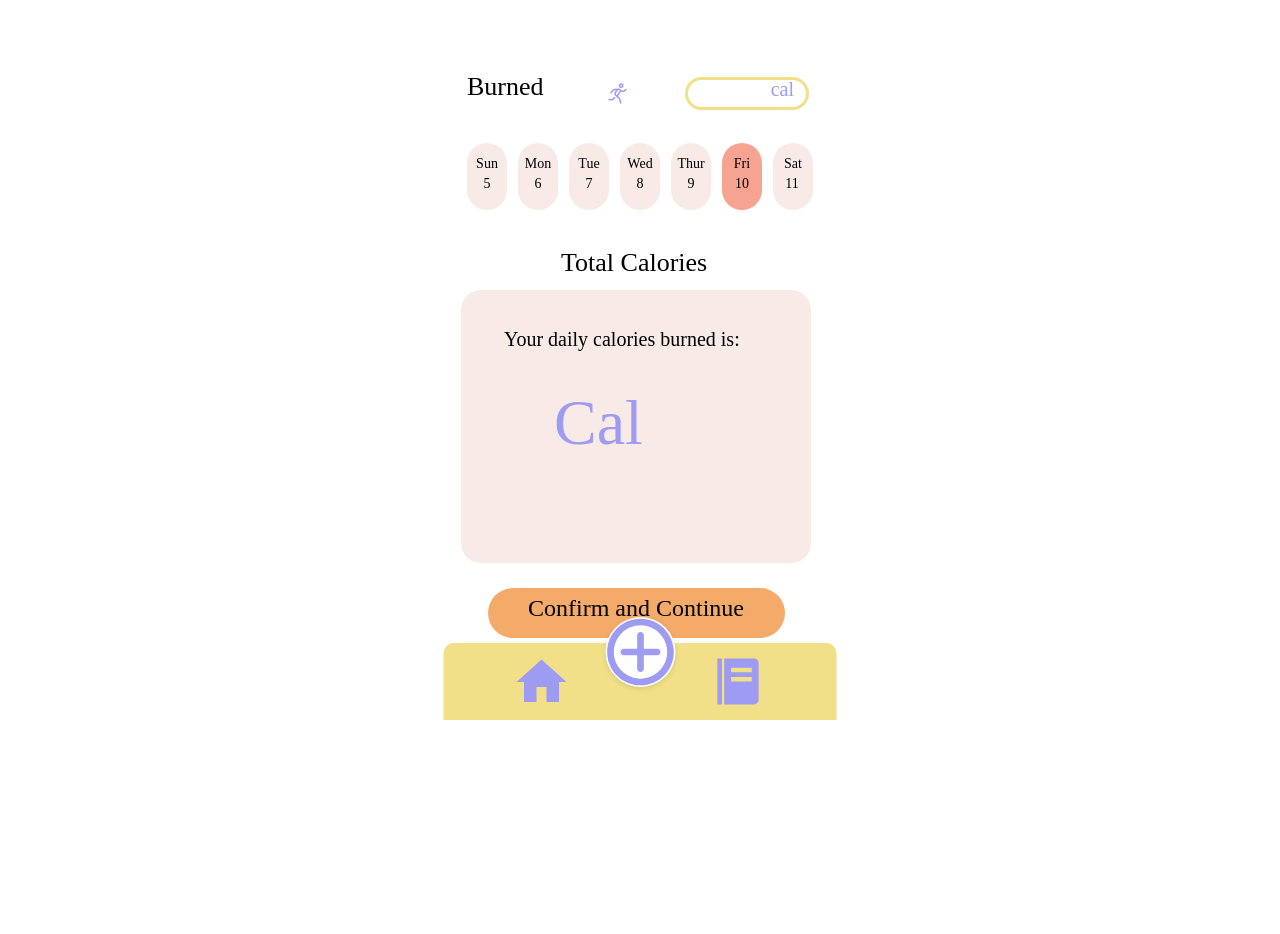
Repository: MeowCeline00/G5-Calorie-Tracker
Page: BurnedCal/index.html
The author's editor kept a copy of each file at every save. The page is drawn from the files as they stood at one save, then again after a run of saves.
The browser window is 1280 px wide. The pictures show the whole page.

Above is the page before, as saved 2024-05-26 14:18:56.
Console error: ReferenceError: renderLandingPage is not defined

### BurnedCal/index.html
<!DOCTYPE html>
<html>
<head>
  	<meta charset="utf-8">
  	<meta name="viewport" content="initial-scale=1, width=device-width">

  	<link rel="stylesheet" href="./global.css" />
  	<link rel="stylesheet"  href="./index.css" />
	<link rel="stylesheet" href="/styles/Home.css">

</head>
<body>
	<div class="pageContainer">
		<div class="pageInnerContainer">
			<!-- <div class="add-page-container"> -->
  	<div class="add-page">
    		<div class="add-page-child">
    		</div>
    		<div class="add-page-item">
    		</div>
    		<div class="add-page-inner">
    		</div>
    		<div class="rectangle-div">
    		</div>
    		<div class="add-page-child1">
    		</div>
    		<div class="add-page-child2">
    		</div>
    		<div class="add-page-child3">
    		</div>
    		<div class="add-page-child4">
    		</div>

    		<div class="total-calories">Total Calories</div>
    		<div class="breakfast">Burned</div>
    		<div class="div">5</div>
    		<div class="sun">Sun</div>
    		<div class="mon">Mon</div>
    		<div class="tue">Tue</div>
    		<div class="wed">Wed</div>
    		<div class="thur">Thur</div>
    		<div class="fri">Fri</div>
    		<div class="sat">Sat</div>
    		<div class="div1">6</div>
    		<div class="div2">7</div>
    		<div class="div3">8</div>
    		<div class="div4">9</div>
    		<div class="div5">10</div>
    		<div class="div6">11</div>
    		<div class="add-page-child5">
    		</div>
    		<div class="add-page-child6">
    		</div>
    		<div class="confirm-and-continue">Confirm and Continue</div>
			<div><a class="go-back" href="/burnedAddPage/index.html">Go Back</a></div>    		<div class="add-page-child7">
    		</div>
    		<div class="cal">cal</div>
    		<img class="fluent-mdl2breakfast-icon" alt="run" src="/Images/hugeicons_workout-run.png">

    		<div class="add-page-child8">
    		</div>
    		<div class="your-daily-caloric">Your daily calories burned is:</div>
    		<div class="cal1">
      			<span></span>
      			<span class="cal2">Cal</span>
			</div>
			</div>
			<div class="navContainer">
				<nav class="navbar">
				  <div class="navItem" onclick="navigateTo('home')">
					<img src="/images/home_icon.svg" alt="Home" width="60" height="60" />
				  </div>
				  <div class="addButtonContainer">
					<div class="addnewButton" onclick="navigateTo('addNew')">
					  <img src="/images/add_icon.svg" alt="Add" width="80" height="80" />
					</div>
				  </div>
				  <div class="navItem" onclick="navigateTo('recipes')">
					<img src="/images/recipes_icon.svg" alt="Recipes" width="55" height="55" />
				  </div>
				</nav>
			  </div>
			  <script src="/scripts/app.js"></script>
			  <script src="/scripts/navbar.js"></script>


	  <div class="navBarContainer">
		<div class="navBar">
			<!-- <a href="/index.html"><img class="image1" src="/Images/Vector.png"></a>
		<a href="/index.html"><img class="image02"src="/Images/vector02.png"></a>
		<a href="/index.html"><img class="image03" src="/Images/Vector1.png"></a> -->
		</div>
	</div>
</div>
</div>




</body>
</html>

### BurnedCal/global.css

body {
    margin: 0;
    line-height: normal;
}


:root {

    /* fonts */
    --body-20-medium: Catamaran;
    --heading-26-regular: Saira;

    /* font sizes */
    --body-20-medium-size: 20px;
    --body-24-regular-size: 24px;
    --font-size-sm: 14px;
    --heading-26-regular-size: 26px;

    /* Colors */
    --color-cornflowerblue: #9e9bf2;
    --color-black: #000;
    --lighter-nav-bar: rgba(247, 232, 229, 0.9);
    --yellow: #f2e088;
    --color-sandybrown: rgba(242, 149, 68, 0.8);

    /* Border radiuses */
    --br-xl: 20px;
    --br-17xl: 36px;

}

### BurnedCal/index.css
.add-page-child {
    position: absolute;
    top: 582px;
    left: 0px;
    width: 393px;
    height: 55px;
}
.add-page-item {
    position: absolute;
    top: 143px;
    left: 26px;
    border-radius: var(--br-xl);
    background-color: var(--lighter-nav-bar);
    width: 40px;
    height: 67px;
}
.add-page-inner {
    position: absolute;
    top: 143px;
    left: 77px;
    border-radius: var(--br-xl);
    background-color: var(--lighter-nav-bar);
    width: 40px;
    height: 67px;
}
.rectangle-div {
    position: absolute;
    top: 143px;
    left: 128px;
    border-radius: var(--br-xl);
    background-color: var(--lighter-nav-bar);
    width: 40px;
    height: 67px;
}
.add-page-child1 {
    position: absolute;
    top: 143px;
    left: 179px;
    border-radius: var(--br-xl);
    background-color: var(--lighter-nav-bar);
    width: 40px;
    height: 67px;
}
.add-page-child2 {
    position: absolute;
    top: 143px;
    left: 230px;
    border-radius: var(--br-xl);
    background-color: var(--lighter-nav-bar);
    width: 40px;
    height: 67px;
}
.add-page-child3 {
    position: absolute;
    top: 143px;
    left: 281px;
    border-radius: var(--br-xl);
    background-color: rgba(242, 126, 99, 0.7);
    width: 40px;
    height: 67px;
}
.add-page-child4 {
    position: absolute;
    top: 143px;
    left: 332px;
    border-radius: var(--br-xl);
    background-color: var(--lighter-nav-bar);
    width: 40px;
    height: 67px;
}
.nav-bar-icon {
    position: absolute;
    top: 726px;
    left: 0px;
    width: 393px;
    height: 126px;
}
.total-calories {
    position: absolute;
    top: 248px;
    left: 120px;
    font-size: var(--heading-26-regular-size);
    font-weight: 500;
    font-family: var(--heading-26-regular);
    text-align: left;
    display: inline-block;
    width: 163px;
    height: 42px;
}
.breakfast {
    position: absolute;
    top: 72px;
    left: 26px;
    font-size: var(--heading-26-regular-size);
    font-weight: 500;
    font-family: var(--heading-26-regular);
    text-align: left;
    display: inline-block;
    width: 130px;
    height: 42px;
}
.div {
    position: absolute;
    top: 176px;
    left: 26px;
    display: inline-block;
    width: 40px;
    height: 42px;
}
.sun {
    position: absolute;
    top: 156px;
    left: 26px;
    display: inline-block;
    width: 40px;
    height: 20px;
}
.mon {
    position: absolute;
    top: 156px;
    left: 77px;
    display: inline-block;
    width: 40px;
    height: 20px;
}
.tue {
    position: absolute;
    top: 156px;
    left: 128px;
    display: inline-block;
    width: 40px;
    height: 20px;
}
.wed {
    position: absolute;
    top: 156px;
    left: 179px;
    display: inline-block;
    width: 40px;
    height: 20px;
}
.thur {
    position: absolute;
    top: 156px;
    left: 230px;
    display: inline-block;
    width: 40px;
    height: 20px;
}
.fri {
    position: absolute;
    top: 156px;
    left: 281px;
    display: inline-block;
    width: 40px;
    height: 20px;
}
.sat {
    position: absolute;
    top: 156px;
    left: 332px;
    display: inline-block;
    width: 40px;
    height: 20px;
}
.div1 {
    position: absolute;
    top: 176px;
    left: 77px;
    display: inline-block;
    width: 40px;
    height: 42px;
}
.div2 {
    position: absolute;
    top: 176px;
    left: 128px;
    display: inline-block;
    width: 40px;
    height: 42px;
}
.div3 {
    position: absolute;
    top: 176px;
    left: 179px;
    display: inline-block;
    width: 40px;
    height: 42px;
}
.div4 {
    position: absolute;
    top: 176px;
    left: 230px;
    display: inline-block;
    width: 40px;
    height: 42px;
}
.div5 {
    position: absolute;
    top: 176px;
    left: 281px;
    display: inline-block;
    width: 40px;
    height: 42px;
}
.div6 {
    position: absolute;
    top: 176px;
    left: 332px;
    display: inline-block;
    width: 38px;
    height: 42px;
}
.add-page-child5 {
    position: absolute;
    top: 588px;
    left: 47px;
    border-radius: var(--br-17xl);
    background-color: var(--color-sandybrown);
    width: 297px;
    height: 50px;
}
.add-page-child6 {
    position: absolute;
    top: 657px;
    left: 47px;
    border-radius: var(--br-17xl);
    background-color: var(--color-sandybrown);
    width: 297px;
    height: 50px;
}
.confirm-and-continue {
    position: absolute;
    top: 595px;
    left: 80px;
    font-size: var(--body-24-regular-size);
    display: inline-block;
    width: 230px;
    height: 42px;
}
.go-back {
    position: absolute;
    top: 664px;
    left: 80px;
    font-size: var(--body-24-regular-size);
    display: inline-block;
    width: 230px;
    height: 42px;
    cursor: pointer;
    text-decoration: none;
    color: black
}
.add-page-child7 {
    position: absolute;
    top: 77px;
    left: 244px;
    border-radius: var(--br-xl);
    background-color: #fff;
    border: 3px solid var(--yellow);
    box-sizing: border-box;
    width: 124px;
    height: 33px;
}
.cal {
    position: absolute;
    top: 78px;
    left: 313px;
    font-size: var(--body-20-medium-size);
    font-weight: 500;
    color: var(--color-cornflowerblue);
    text-align: right;
    display: inline-block;
    width: 40px;
    height: 23px;
}
.fluent-mdl2breakfast-icon {
    position: absolute;
    top: 81px;
    left: 164px;
    width: 25px;
    height: 25px;
}
.add-page-child8 {
    position: absolute;
    top: 290px;
    left: 20px;
    border-radius: var(--br-xl);
    background-color: var(--lighter-nav-bar);
    width: 350px;
    height: 273px;
}
.your-daily-caloric {
    position: absolute;
    top: 328px;
    left: 63px;
    font-size: var(--body-20-medium-size);
}
.cal2 {
    color: var(--color-cornflowerblue);
}
.cal1 {
    position: absolute;
    top: 386px;
    left: 113px;
    font-size: 64px;
    text-align: right;
}
.add-page {
    width: 100%;
    position: relative;
    background-color: rgba(255, 255, 255, 0.92);
    height: 852px;
    overflow: hidden;
    text-align: center;
    font-size: var(--font-size-sm);
    color: var(--color-black);
    font-family: var(--body-20-medium);
    left: 40px;
}


.navBar {
    width: 430px;
    height: 50px;
    display: flex;
    flex-direction: row;
    justify-content: space-between;
    align-items: center;
    padding-left: 1.5em;
    padding-right: 1.5em;
    padding-top: 1em;
    padding-bottom: 1em;
    border-top-left-radius: 50px;
    border-top-right-radius: 50px;
}

.image1 {
    width: 50px;
    height: 42.5;
}
.image02 {
    position: relative;
    width: 66.67px;
    height: 66.67px;
    background-color: #fff;
    padding:0.25em ;
    border-radius: 360px;
    top: -50px;
}

.image03 {
    width: 41.25px;
    height: 45.58;
}

.navBar a {
    padding: 0em;
    margin: 0em;
}

.pageContainer {
    display: flex;

    flex-direction: column;
    align-items: center;


}
.pageInnerContainer {
    display: flex;
    flex-direction: column;
    align-items: center;
    justify-content: center;

}

.add-page-container {
    display: flex;
    justify-content: center;
    flex-direction: column;
}

### styles/Home.css
#root {
    width: 393px;
    height: 852px;
    background-color: #fff;
    border-radius: 10px;
    overflow: hidden;
    position: relative;
}

.mainContent {
    width: 100%;
    height: 100%;
    display: flex;
    flex-direction: column;
    justify-content: flex-start;
    position: relative;
}

.topBar {
    padding: 15px 20px;
    background-color: #fff;
    display: flex;
    justify-content: space-between;
    align-items: center;
    z-index: 1;
}

.greeting {
    display: flex;
    flex-direction: column;
    text-align: left;
}

.greeting h2 {
    margin: 0;
    font-size: 1.5rem;
    color: #000;
}

.greeting p {
    margin: 0;
    font-size: 1rem;
    color: #666;
}

.profileIcon {
    display: flex;
    align-items: center;
    justify-content: center;
    cursor: pointer;
}

.dateChange {
    display: flex;
    justify-content: center;
    align-items: center;
    padding: 10px 0;
    background-color: #fff;
}

.meal_container {
    flex: 1;
    width: 100%;
    padding: 20px;
    box-sizing: border-box;
    overflow-y: auto;
    position: relative;
    z-index: 0;
}

.meals {
    width: 100%;
    padding: 10px 0;
    box-sizing: border-box;
}

.mealItem {
    display: flex;
    flex-direction: column;
    justify-content: space-between;
    align-items: flex-start;
    padding: 15px;
    margin: 10px 0;
    border-radius: 12px;
    background-color: var(--light_pink);
    width: 100%;
    height: auto;
    box-shadow: 0 2px 5px rgba(0, 0, 0, 0.1);
}

.mealHeading {
    font-weight: bold;
    margin-bottom: 10px;
    font-size: 1.2rem;
}

.mealDetails {
    display: flex;
    align-items: center;
    width: 100%;
    justify-content: space-between;
}

.mealDetails p {
    margin-left: 10px;
    color: #9E9BF2;
}

.calorieContainer {
    display: flex;
    align-items: center;
    justify-content: space-between;
    background-color: white;
    border: 4px solid #F2E088;
    border-radius: 30px;
    padding: 5px 10px;
}

.addButton {
    background: none;
    border: none;
    cursor: pointer;
    margin-left: 10px;
}

.navContainer {
    width: 100%;
    max-width: 393px;
    height: 77px;
    display: flex;
    position: fixed;
    bottom: 0;
    left: 50%;
    transform: translateX(-50%);
    background-color: #F2E088;
    border-radius: 10px 10px 0 0;
    justify-content: space-between;
    align-items: center;
    box-sizing: border-box;
    z-index: 1000;
}

.navbar {
    width: 100%;
    display: flex;
    justify-content: space-between;
    align-items: center;
    position: relative;
}

.navItem {
    display: flex;
    cursor: pointer;
    flex: 1;
    justify-content: center;
}

.addButtonContainer {
    display: flex;
    justify-content: center;
    align-items: center;
    width: 70px;
    height: 70px;
    background-color: #ffffff;
    border-radius: 50%;
    position: absolute;
    top: -35px;
    left: 50%;
    transform: translateX(-50%);
    cursor: pointer;
    box-shadow: 0 2px 5px rgba(0, 0, 0, 0.1);
}

.addnewButton {
    display: flex;
    justify-content: center;
    align-items: center;
    border-radius: 50%;
}

### scripts/app.js
document.addEventListener('DOMContentLoaded', () => {
    navigateTo('landing');
});

function navigateTo(page) {
    switch (page) {
        case 'landing':
            renderLandingPage();
            break;
        case 'home':
            renderHomePage();
            break;
        case 'profile':
            renderProfilePage();
            break;
        case 'lunchCalorie':
            window.location.href = '/lunchAddPage/index.html';
            break;
        case 'addNew':
            window.location.href = '/addPage/Add.html';
            break;
        case 'dinnerCalorie':
            window.location.href = '/dinnerAddPage/index.html';
            break;
        case 'snacksCalorie':
            window.location.href = '/snacksAddPage/index.html';
            break;
        case 'breakfastCalorie':
            window.location.href = '/breakfastAddPage/index.html';
            break;
        case 'burnedCalorie':
            window.location.href = '/burnedAddPage/index.html';
            break;
        default:
            console.error('Invalid page:', page);
            break;
    }
}

### scripts/navbar.js
function renderNavbar() {
    return `
      <div class="navContainer">
        <nav class="navbar">
          <div class="navItem" onclick="navigateTo('home')">
            <img src="/images/home_icon.svg" alt="Home" width="60" height="60" />
          </div>
          <div class="addButtonContainer">
            <div class="addnewButton" onclick="navigateTo('addNew')">
              <img src="/images/add_icon.svg" alt="Add" width="80" height="80" />
            </div>
          </div>
          <div class="navItem" onclick="navigateTo('recipes')">
            <img src="/images/recipes_icon.svg" alt="Recipes" width="55" height="55" />
          </div>
        </nav>
      </div>
    `;
}

After the next 6 saves:
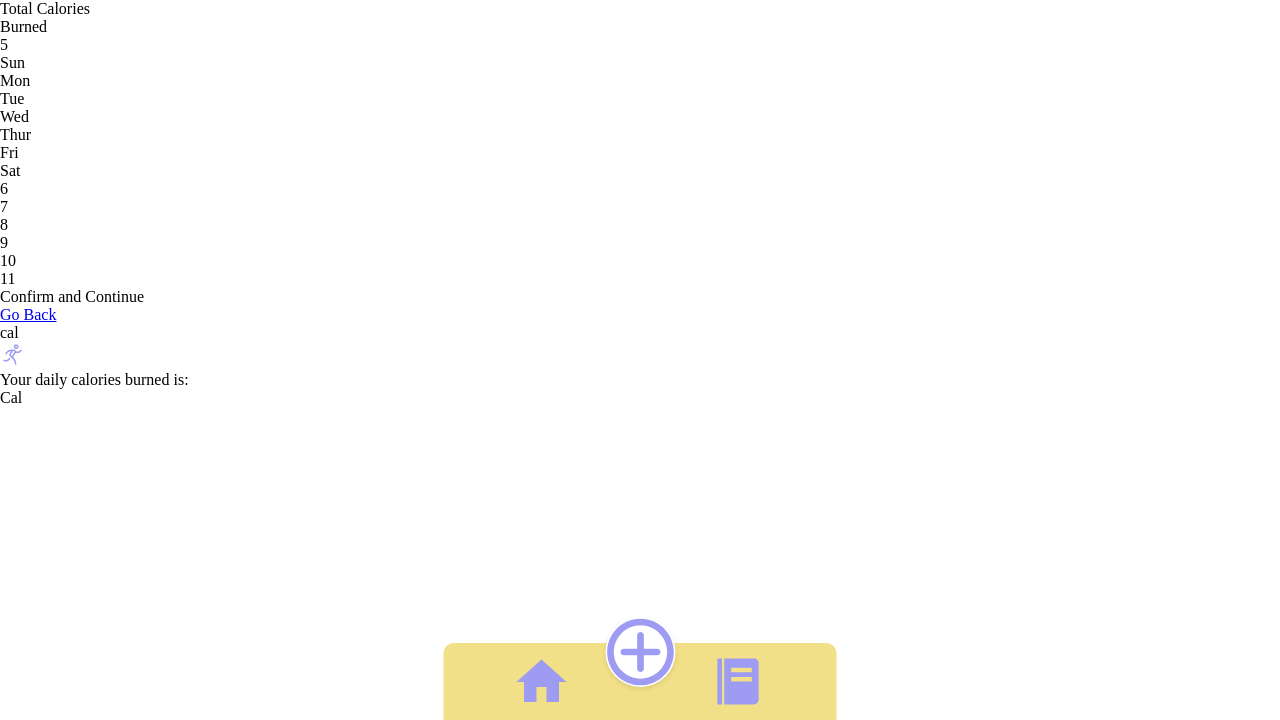
The 6 saves are shown as one change because they came seconds apart.
The last was saved 26 s later.
--- a/BurnedCal/index.html
+++ b/BurnedCal/index.html
@@ -4,8 +4,8 @@
   	<meta charset="utf-8">
   	<meta name="viewport" content="initial-scale=1, width=device-width">
 
-  	<link rel="stylesheet" href="./global.css" />
-  	<link rel="stylesheet"  href="./index.css" />
+  	<link rel="stylesheet" href="/BurnedCal/global.css" />
+  	<link rel="stylesheet"  href="/BurnedCal/global.css" />
 	<link rel="stylesheet" href="/styles/Home.css">
 
 </head>

After the 5 saves that followed:
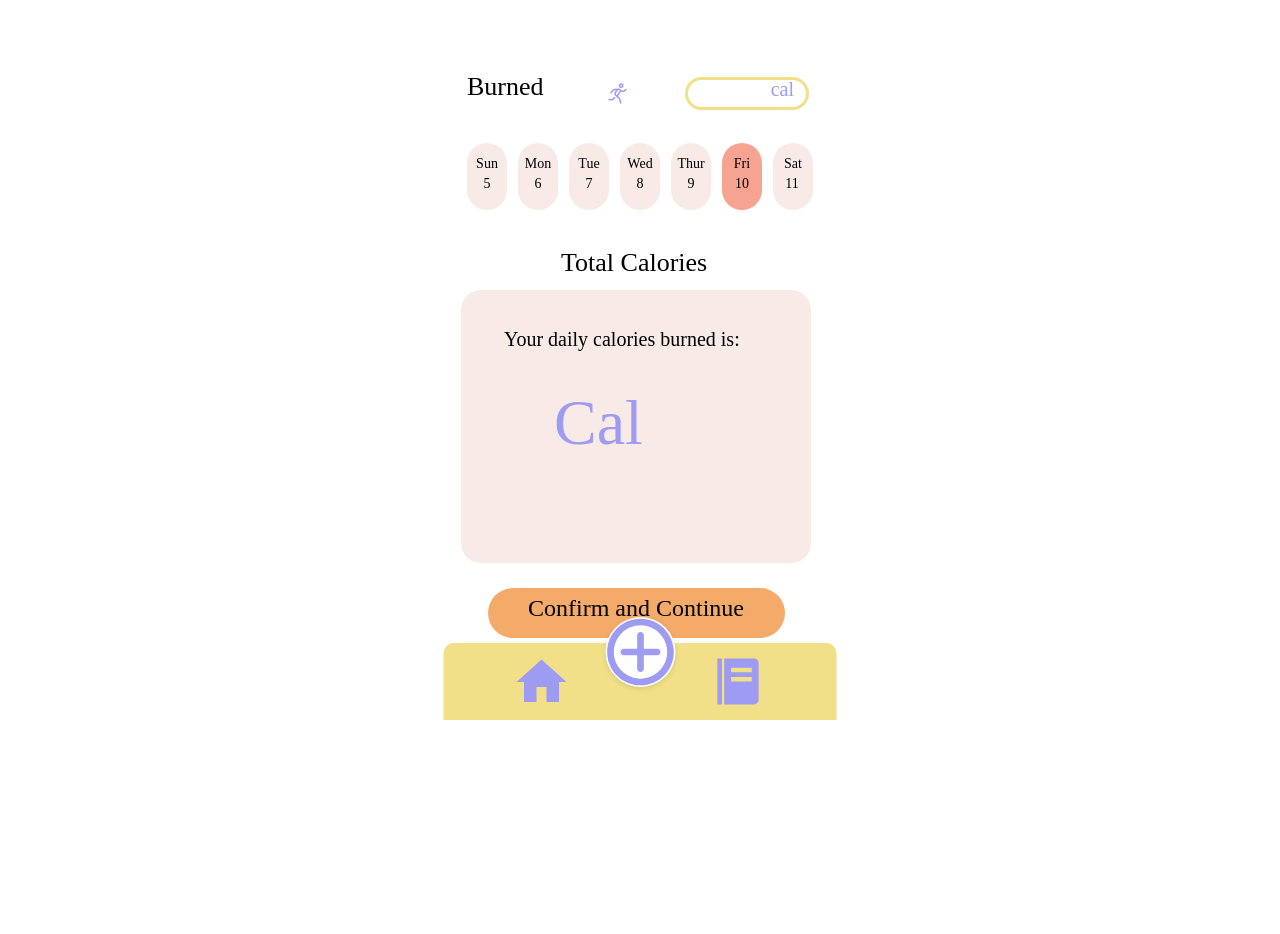
The 5 saves are shown as one change because 1 left the picture as it was and some came seconds apart.
The last was saved 19 s later.
--- a/BurnedCal/index.html
+++ b/BurnedCal/index.html
@@ -5,7 +5,7 @@
   	<meta name="viewport" content="initial-scale=1, width=device-width">
 
   	<link rel="stylesheet" href="/BurnedCal/global.css" />
-  	<link rel="stylesheet"  href="/BurnedCal/global.css" />
+  	<link rel="stylesheet"  href="/BurnedCal/index.css" />
 	<link rel="stylesheet" href="/styles/Home.css">
 
 </head>
